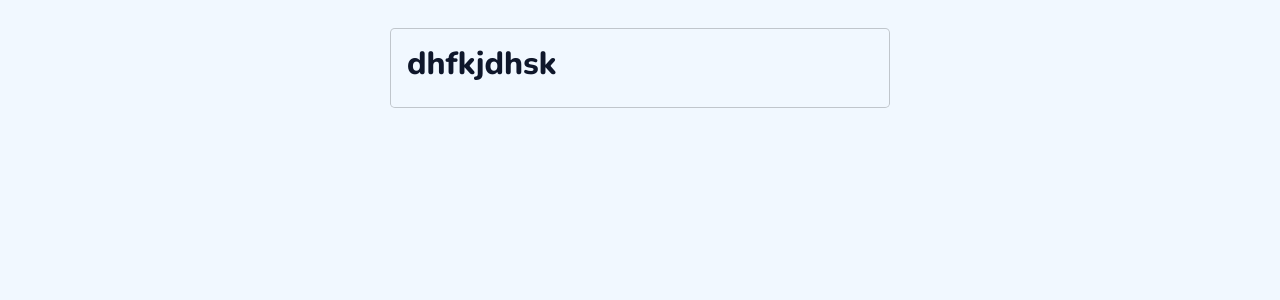
Repository: Dangtrinh28/thuymoc
Page: bookingSuccess.html
An editor plug-in stored every save of this project. The page is shown before and after a run of saves, followed by the edit.
The browser window is 1280 px wide. The pictures show the whole page.
Some web libraries are served in a nearby version.

Above is the page before, as saved 2022-11-25 03:53:17.

### bookingSuccess.html
<!DOCTYPE html>
<html lang="en">

<head>
    <meta charset="UTF-8">
    <meta http-equiv="X-UA-Compatible" content="IE=edge">
    <meta name="viewport" content="width=device-width, initial-scale=1.0">

    <!-- google font link -->
    <link rel="preconnect" href="https://fonts.googleapis.com">
    <link rel="preconnect" href="https://fonts.gstatic.com" crossorigin>
    <link
        href="https://fonts.googleapis.com/css2?family=Heebo:wght@400;500;600&family=Nunito:wght@600;700;800&family=Pacifico&display=swap"
        rel="stylesheet">

    <!-- Icon link -->
    <link rel="stylesheet" href="./assets/font/fontawesome/css/all.min.css">
    <link href="https://cdnjs.cloudflare.com/ajax/libs/font-awesome/5.10.0/css/all.min.css" rel="stylesheet">
    <link href="https://cdn.jsdelivr.net/npm/bootstrap-icons@1.4.1/font/bootstrap-icons.css" rel="stylesheet">

    <!-- link lib -->
    <link rel="stylesheet" href="./assets/lib/animate/animate.min.css">
    <link rel="stylesheet" href="./assets/lib/owlcarousel/assets/owl.carousel.min.css">
    <link rel="stylesheet" href="./assets/lib/tempusdominus/css/tempusdominus-bootstrap-4.min.css">

    <!-- link bootstraps custom  -->
    <link href="./assets/css/bootstrap.css" rel="stylesheet">

    <!-- link custom -->
    <link rel="stylesheet" href="./assets/css/index.css">
    <!-- link custom end-->
    <link rel="icon" type="image/x-icon"
        href="https://scontent.fsgn2-4.fna.fbcdn.net/v/t39.30808-6/301127842_1060078351356985_3224039168656005356_n.jpg?_nc_cat=101&ccb=1-7&_nc_sid=09cbfe&_nc_ohc=boITfAPyxDEAX8ESDnk&_nc_ht=scontent.fsgn2-4.fna&oh=00_AfCC23TquV2izwz9e55nnw0-pZBRnxj3js4zwfv7_lGcQQ&oe=63633C5B">
        <title>Thủy Mộc Restaurant</title>

</head>
<body>
    <div class="container" >
        <div class="modal " tabindex="-1" style="display: block;">
            <div class="modal-dialog">
                <div class="modal-content bg-body">
                    <div class="modal-body">
                        <h2>dhfkjdhsk</h2>
                    </div>
                </div>
            </div>
        </div>
    </div>





    <script src="https://code.jquery.com/jquery-3.4.1.min.js"></script>
    <script src="https://cdn.jsdelivr.net/npm/bootstrap@5.0.2/dist/js/bootstrap.bundle.min.js"></script>
    <script src="https://smtpjs.com/v3/smtp.js"></script>
    <script src="./assets/lib/wow/wow.min.js"></script>
    <script src="./assets/lib/easing/easing.min.js"></script>
    <script src="./assets/lib/waypoints/waypoints.min.js"></script>
    <script src="./assets/lib/counterup/counterup.min.js"></script>
    <script src="./assets/lib/owlcarousel/owl.carousel.min.js"></script>
    <script src="./assets/js/index.js"></script>
</body>
</html>

### assets/css/index.css
:root {
  --primary: ;
}

/* base css */
.hero-header {
  background: linear-gradient(rgba(15, 23, 43, 0.9), rgba(15, 23, 43, 0.9)),
    url(../img/banner/banner2.png);
  background-position: center center;
  background-repeat: no-repeat;
  background-size: cover;
}

.btn {
  font-family: "Nunito", sans-serif;
  font-weight: 500;
  text-transform: uppercase;
  transition: 0.5s;
}

.btn-primary,
.btn-secondary {
  color: var(--bs-white);
}

.product-img {
  width: 100%;
  height: 216px;
  background-position: center;
  background-repeat: no-repeat;
  background-size: cover;
}

/* đặt bàn online */
.video {
  position: relative;
  height: 100%;
  min-height: 500px;
  background: linear-gradient(rgba(15, 23, 43, 0.1), rgba(15, 23, 43, 0.1)),
    url(../img/booking/booking.png);
  background-position: center center;
  background-repeat: no-repeat;
  background-size: cover;
}

.video .btn-play {
  position: absolute;
  z-index: 3;
  top: 50%;
  left: 50%;
  transform: translate(-50%);
  box-sizing: content-box;
  display: block;
  width: 32px;
  height: 44px;
  border-radius: 50%;
  border: none;
  outline: none;
  padding: 18px 20px 18px 28px;
}

.video .btn-play::before {
  content: "";
  position: absolute;
  z-index: 0;
  top: 50%;
  left: 50%;
  transform: translateX(-50%) translateY(-50%);
  display: block;
  width: 100px;
  height: 100px;
  background: var(--bs-primary);
  border-radius: 50%;
  animation: pulse-border 1500ms ease-out infinite;
}

.video .btn-play::after {
  content: "";
  position: absolute;
  z-index: 1;
  left: 50%;
  top: 50%;
  transform: translateX(-50%) translateY(-50%);
  display: block;
  width: 100px;
  height: 100px;
  background: var(--primary);
  border-radius: 50%;
  transition: all 200ms;
}

.video .btn-play img {
  position: relative;
  z-index: 3;
  max-width: 100%;
  width: auto;
  height: auto;
}

.video .btn-play span {
  display: block;
  position: relative;
  z-index: 3;
  width: 0;
  height: 0;
  border-left: 32px solid var(--bs-dark);
  border-top: 22px solid transparent;
  border-bottom: 22px solid transparent;
}

@keyframes pulse-border {
  0% {
    transform: translateX(-50%) translateY(-50%) translateZ(0) scale(1);
    opacity: 1;
  }
  100% {
    transform: translateX(-50%) translateY(-50%) translateZ(0) scale(1.5);
    opacity: 0;
  }
}

/* team */
.w-65 {
  width: 65% !important;
}

/* feedback */
.testimonial-carousel .owl-item.center .testimonial-item {
  background: var(--bs-primary) !important;
  border-color: var(--bs-primary) !important;
}

.testimonial-carousel .owl-item.center .testimonial-item * {
  color: var(--bs-light);
}

.testimonial-carousel .owl-dots {
  margin-top: 24px;
  display: flex;
  align-items: flex-end;
  justify-content: center;
}

.testimonial-carousel .owl-dot {
  position: relative;
  display: inline-block;
  margin: 0 5px;
  width: 15px;
  height: 15px;
  border: 1px solid #ccc;
  border-radius: 15px;
  transition: 0.5s;
}

.testimonial-carousel .owl-dot.active {
  background: var(--bs-primary);
  border-color: var(--bs-primary);
}

.text__height-hiden {
  height: 120px;
  overflow: hidden;
  display: -webkit-box;
  -webkit-box-orient: vertical;
  -webkit-line-clamp: 5;
}

/* footer */
.footer .copyright {
  padding: 25px 0;
  font-size: 15px;
  border-top: 1px solid rgba(256, 256, 256, 0.1);
}

.footer .copyright a {
  color: var(--bs-light);
}

.footer .footer-menu a {
  margin-right: 15px;
  padding-right: 15px;
  border-right: 1px solid rgba(256, 256, 256, 0.1);
}

.back-to-top {
  position: fixed;
  display: none;
  right: 45px;
  bottom: 45px;
  z-index: 99;
}

/* navbar */
.navbar-dark .navbar-nav .nav-link {
  position: relative;
  margin-left: 25px;
  padding: 15px 0;
  font-size: 15px;
  color: var(--bs-light) !important;
  text-transform: uppercase;
  font-weight: 500;
  outline: none;
  transition: 0.5s;
}

@media (min-width: 992px) {
  .navbar-dark {
    position: absolute;
    width: 100%;
    top: 0;
    left: 0;
    z-index: 999;
    background: transparent !important;
  }
}

.text-featured {
  font-size: 16px;
  line-height: 1.6;
  padding: 20px;
}

.text-featured::first-letter {
  font-size: 30px;
  line-height: 30px;
  float: left;
  display: block;
}

@media (max-width: 992px)  {
  .navbar-dark .navbar-nav .nav-link {
    margin: 0;
  }
}

### assets/js/index.js
(function ($) {
  "use strict";

  // wow js
  new WOW().init();

  //counter-up
  $('[data-toggle="counter-up"]').counterUp({
    delay: 10,
    time: 2000,
  });

  $(window).scroll(function () {
    if ($(this).scrollTop() > 45) {
      $(".navbar").addClass("sticky-top shadow-sm");
    } else {
      $(".navbar").removeClass("sticky-top shadow-sm");
    }
  });

  $(document).ready(function () {
    var $videoSrc;
    $(".btn-play").click(function () {
      $videoSrc = $(this).data("src");
    });
    console.log($videoSrc);

    $("#videoModal").on("shown.bs.modal", function (e) {
      $("#video").attr(
        "src",
        $videoSrc + "?autoplay=1&amp;modestbranding=1&amp;showinfo=0"
      );
    });

    $("#videoModal").on("hide.bs.modal", function (e) {
      $("#video").attr("src", $videoSrc);
    });
  });

  // testimonial-carousel
  $(".testimonial-carousel").owlCarousel({
    autoplay: true,
    smartSpeed: 1500,
    center: true,
    margin: 24,
    dots: true,
    loop: true,
    nav: false,
    responsive: {
      0: {
        items: 1,
      },
      768: {
        items: 2,
      },
      992: {
        item: 3,
      },
    },
  });
  //
  $(window).scroll(function () {
    if ($(this).scrollTop() > 300) {
      $(".back-to-top").fadeIn("slow");
    } else {
      $(".back-to-top").fadeOut("slow");
    }
  });

  $(".back-to-top").click(function () {
    $("html, body").animate({ scrollTop: 0 }, 100, "easeInOutExpo");
    return false;
  });
})(jQuery);

    // pass xcliahnbanukicoz

function sendEmail() {
  let useNames = document.getElementById("names").value;
  let numberPhone = document.getElementById("numberPhone").value;
  let email = document.getElementById("email").value;
  let qualitys = document.getElementById("qualitys").value;
  let times = document.getElementById("times").value;
  let date = document.getElementById("date").value;
  let messages = document.getElementById("messages").value;
  let body = "Tên khách hàng:" + useNames + "<br/> Số điện thoại: " + numberPhone + "<br/> Tên gmail của quý khách: " + email + "<br/> Số lượng khách hàng: " + qualitys + "<br/> Thời gian đến: " + times + "<br/> Ngày đến: " + date + "<br/> Yêu cầu của quý khách: " + messages ;


  Email.send({
    // SMTPport: 2525,
    Host : "smtp.elasticemail.com",
    Username : "nguyencaodangtrinhtv3@gmail.com",
    Password : "B2145E9AB344FD4C1D449007775D22DCDDA7",
    To : 'dtrinhit04@gmail.com',
    From : "nguyencaodangtrinhtv3@gmail.com",
    Subject : "Đặt bàn online tại Thủy Mộc for web",
    Body : body,
}).then(
  message => alert(message)
);
}

Loaded but not shown: assets/font/fontawesome/css/all.min.css (library); assets/lib/animate/animate.min.css (library); assets/lib/owlcarousel/assets/owl.carousel.min.css (common file); assets/lib/tempusdominus/css/tempusdominus-bootstrap-4.min.css (library); assets/css/bootstrap.css (library); assets/lib/wow/wow.min.js (library); assets/lib/easing/easing.min.js (common file); assets/lib/waypoints/waypoints.min.js (library); assets/lib/counterup/counterup.min.js (common file); assets/lib/owlcarousel/owl.carousel.min.js (library)

After the next 2 saves:
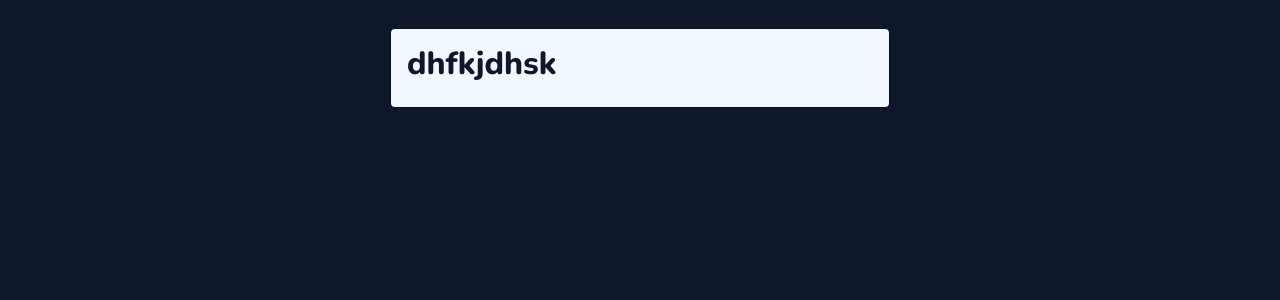
The 2 saves are shown as one change because they came seconds apart.
The last was saved 18 s later.
--- a/bookingSuccess.html
+++ b/bookingSuccess.html
@@ -36,7 +36,7 @@
 </head>
 <body>
     <div class="container" >
-        <div class="modal " tabindex="-1" style="display: block;">
+        <div class="modal bg-dark" tabindex="-1" style="display: block;">
             <div class="modal-dialog">
                 <div class="modal-content bg-body">
                     <div class="modal-body">
